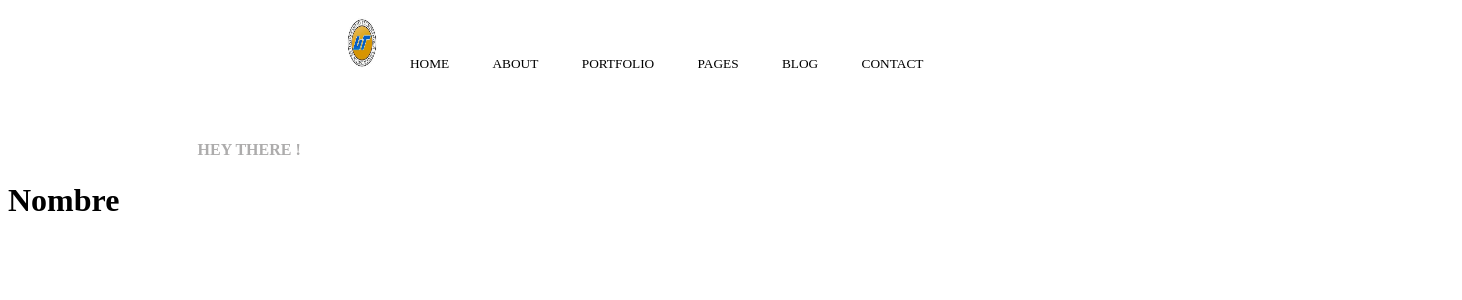
Repository: Armandoyerek11/proyectou1
Page: index.html
The author's editor kept a copy of each file at every save. The page is drawn from the files as they stood at one save, then again after the next save.
The browser window is 1280 px wide. The page is 1462 px wide, so the pictures cover 1462 px, including what lies to the right of the window. The pictures show the whole page.

Above is the page before, as saved 2022-05-30 13:39:29.

### index.html
<!DOCTYPE html>
<html lang="en">

<head>
    <meta charset="UTF-8">
    <meta http-equiv="X-UA-Compatible" content="IE=edge">
    <meta name="viewport" content="width=device-width, initial-scale=1.0">
    <title>Proyecto U1</title>
    <link rel="stylesheet" href="style.css">
</head>

<body>
    <nav>
        <a><img src="descargar.jfif" width="50" height="50"></li>
        </a>
        <a href="#" class="nav_bar">HOME</a>
        <a href="#" class="nav_bar">ABOUT</a>
        <a href="#" class="nav_bar">PORTFOLIO</a>
        <a href="#" class="nav_bar">PAGES</a>
        <a href="#" class="nav_bar">BLOG</a>
        <a href="#" class="nav_bar">CONTACT</a>
    </nav>
    <br>
    </br>
    <h1> HEY THERE !</h1>

    <h2>Nombre</h2>
</body>

</html>

### style.css
.nav_bar {
    display: inline-block;
    background: white;
    color: black;
    padding: 9px 20px;
    text-decoration: none;
}

.nav_bar:hover {
    background: rgb(255, 251, 251);
}

nav {
    background: rgb(255, 255, 255);
    padding: 10px;
    text-align: center;
    font-style: sans-serif;
    font-size: smaller;
}

h1 {
    color: #adacac;
    font-size: 1em;
    top: 50%;
    left: 80%;
    transform: translatex(15%) translatey(15%);
}

h2 {
    color: black;
    font-size: 2em;
    top: 50%;
    right: 10ch;
}

After the next save:
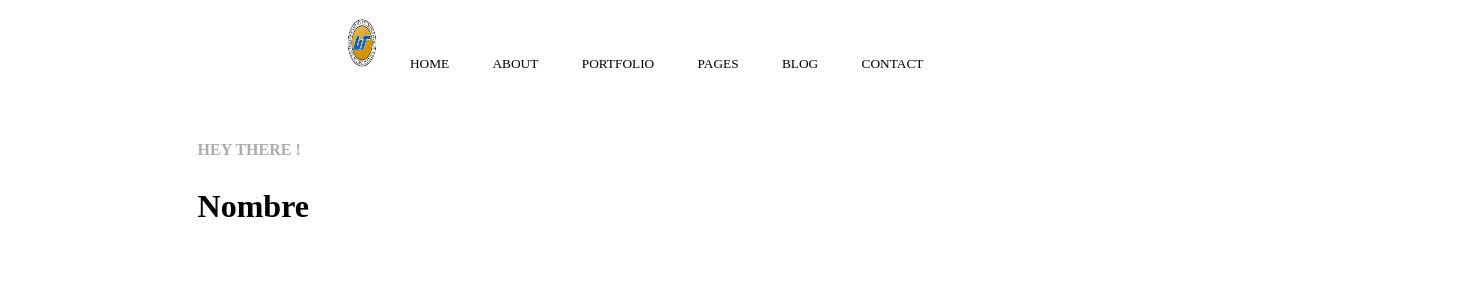
Saved 17 s later.
--- a/style.css
+++ b/style.css
@@ -31,4 +31,5 @@
     font-size: 2em;
     top: 50%;
     right: 10ch;
+    transform: translatex(15%) translatey(15%);
 }
